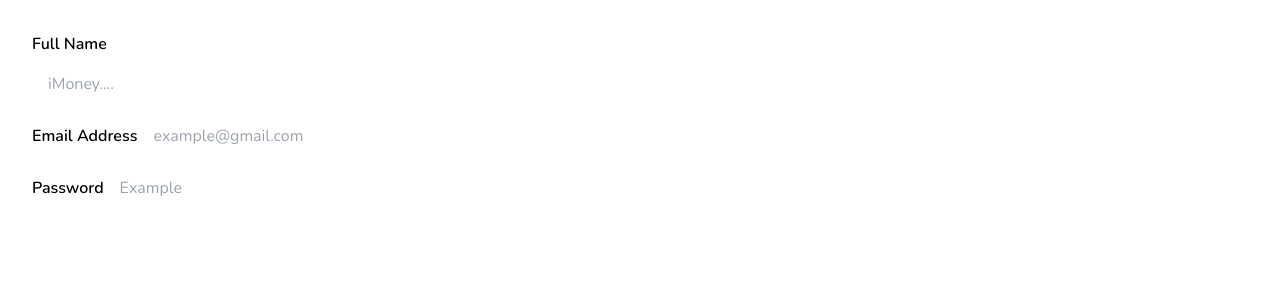
Repository: maixuanhieu/iMoney-VueJS
Page: /register
These files come from the project's save history. The page is drawn as it stood at one moment and after a run of saves; the edit follows.
The browser window is 1280 px wide. The pictures show the whole page.
The project was rebuilt for these pictures with package versions that can differ from the ones it lists, and the page was loaded fresh each time.

Above is the page before, as saved 2021-11-18 11:30:24.

After the next 3 saves:
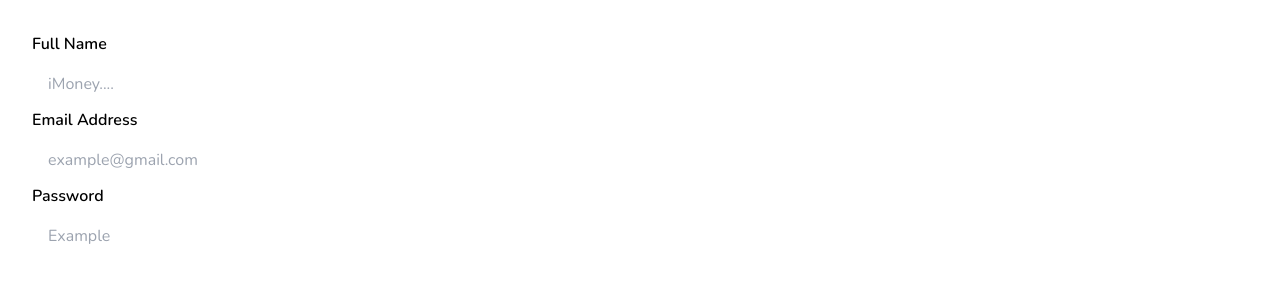
The 3 saves are shown as one change because they came seconds apart.
The last was saved 17 s later.
--- a/src/views/register.vue
+++ b/src/views/register.vue
@@ -14,7 +14,7 @@
        </div>
 
         <div class="row">
-         <label for="email">
+         <label class="flex flex-col" for="email">
            <span class="font-semibold">Email Address</span>
            <input
            id="email"
@@ -25,7 +25,7 @@
        </div>
 
         <div class="row">
-         <label for="password">
+         <label class="flex flex-col" for="password">
            <span class="font-semibold">Password</span>
            <input
            id="password"
